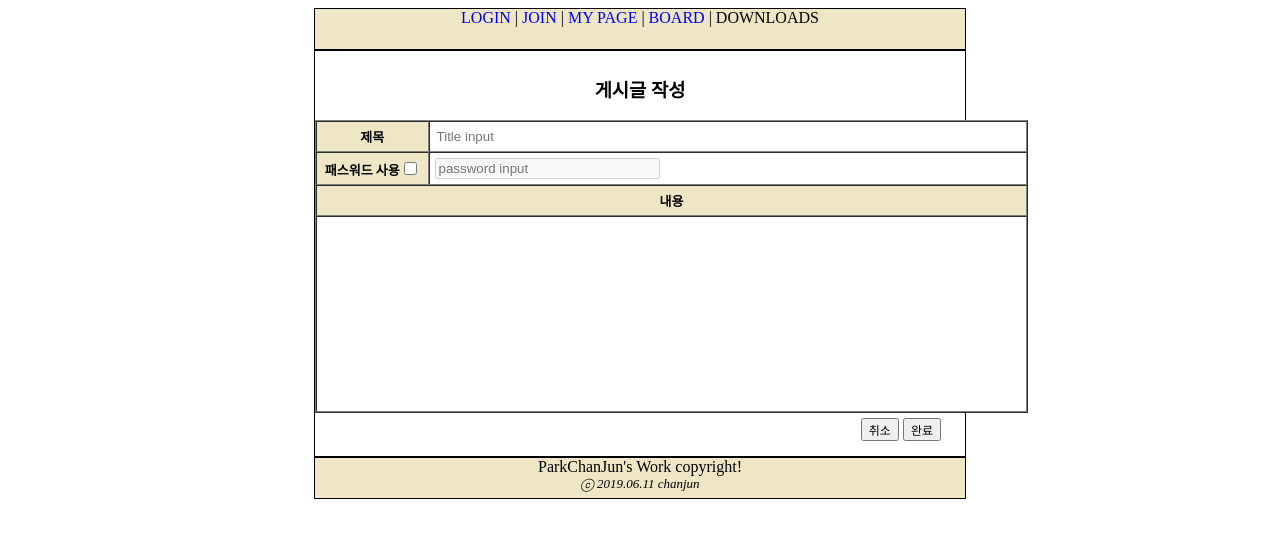
Repository: slolee/Spring-Board
Page: http://localhost/spring_project/WEB-INF/views/board/writeView.jsp
These files come from the project's save history. The page is drawn as it stood at one moment and after a run of saves; the edit follows.
The browser window is 1280 px wide. The pictures show the whole page.
The page is served by Tomcat 9. Nobody is signed in. The template is opened directly, without the code that normally fills it, so the values that code supplies are empty.

Above is the page before, as saved 2019-06-17 02:36:00.

After the next 2 saves:
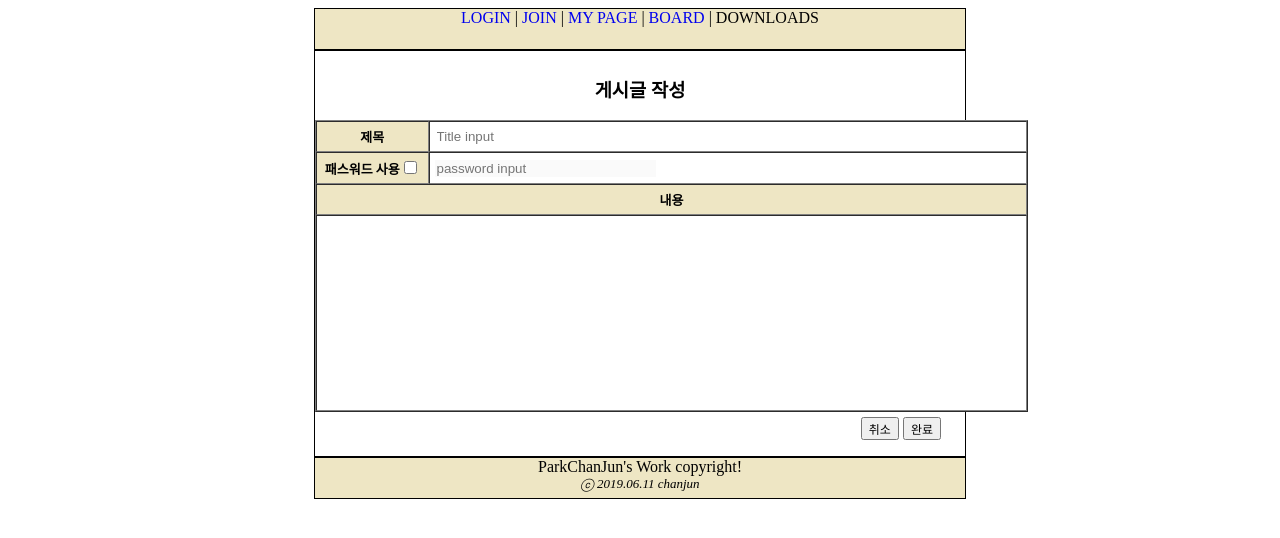
The 2 saves are shown as one change because they came seconds apart.
The last was saved 34 s later.
--- a/spring_project/src/main/webapp/WEB-INF/views/layout/header.jsp
+++ b/spring_project/src/main/webapp/WEB-INF/views/layout/header.jsp
@@ -34,7 +34,7 @@
 			font-size: 9pt;
 		}
 
-		input[type="text"], textarea{
+		input[type="text"], input[type="password"], textarea{
 			border: 0px;
 		}
 
